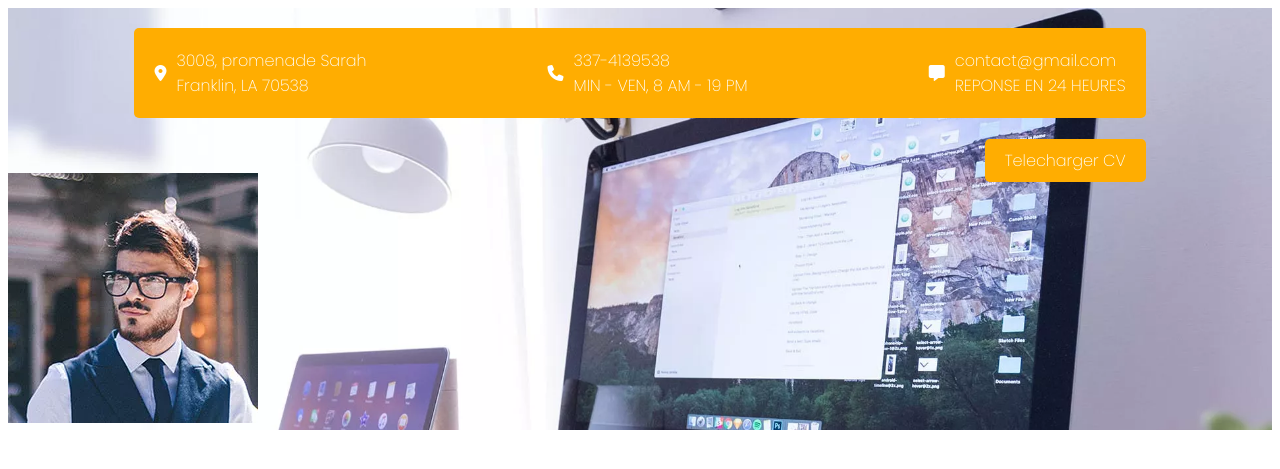
Repository: wadelfadill/CV_PORTFOLIO
Page: index.html
An editor plug-in stored every save of this project. The page is shown before and after the next save, followed by the edit.
The browser window is 1280 px wide. The pictures show the whole page.

Above is the page before, as saved 2023-03-13 13:01:24.

After the next save:
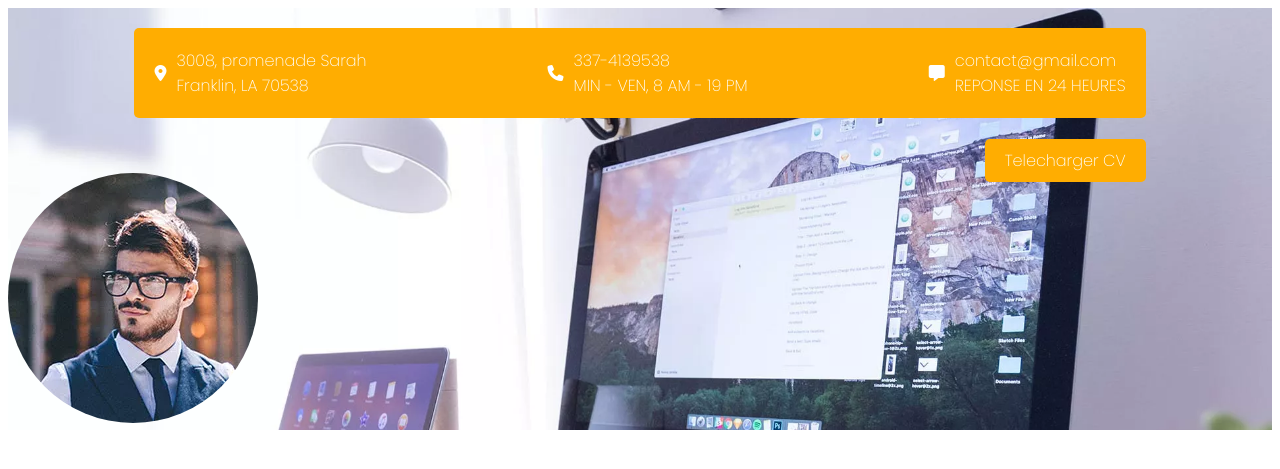
Saved 2 min 27 s later.
--- a/index.html
+++ b/index.html
@@ -43,7 +43,7 @@
 
            </div>
            <div class="presentation">
-            <img src="images/profile.jpg" alt="profile">
+            <img src="images/profile.jpg" alt="profile" class="profil">
            </div>
            <div class="espace">
 
